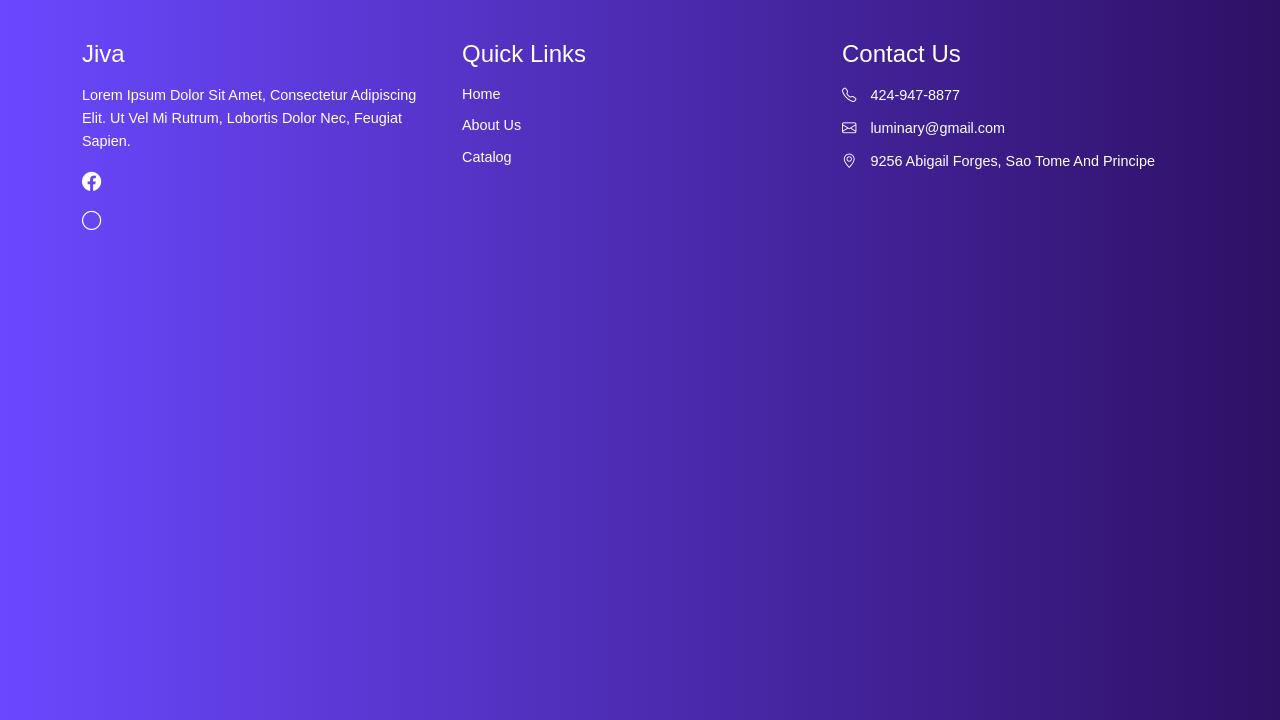
Repository: Vaishnavi323/SonaChandi
Page: http://localhost/sonachandi/application/views/common/footer.php
These files come from the project's save history. The page is drawn as it stood at one moment and after the next save; the edit follows.
The browser window is 1280 px wide. The pictures show the whole page.
The page is run by PHP 8.4 with error messages shown; the project is at /var/www/html/.

Above is the page before, as saved 2025-06-04 15:50:38.

After the next save:
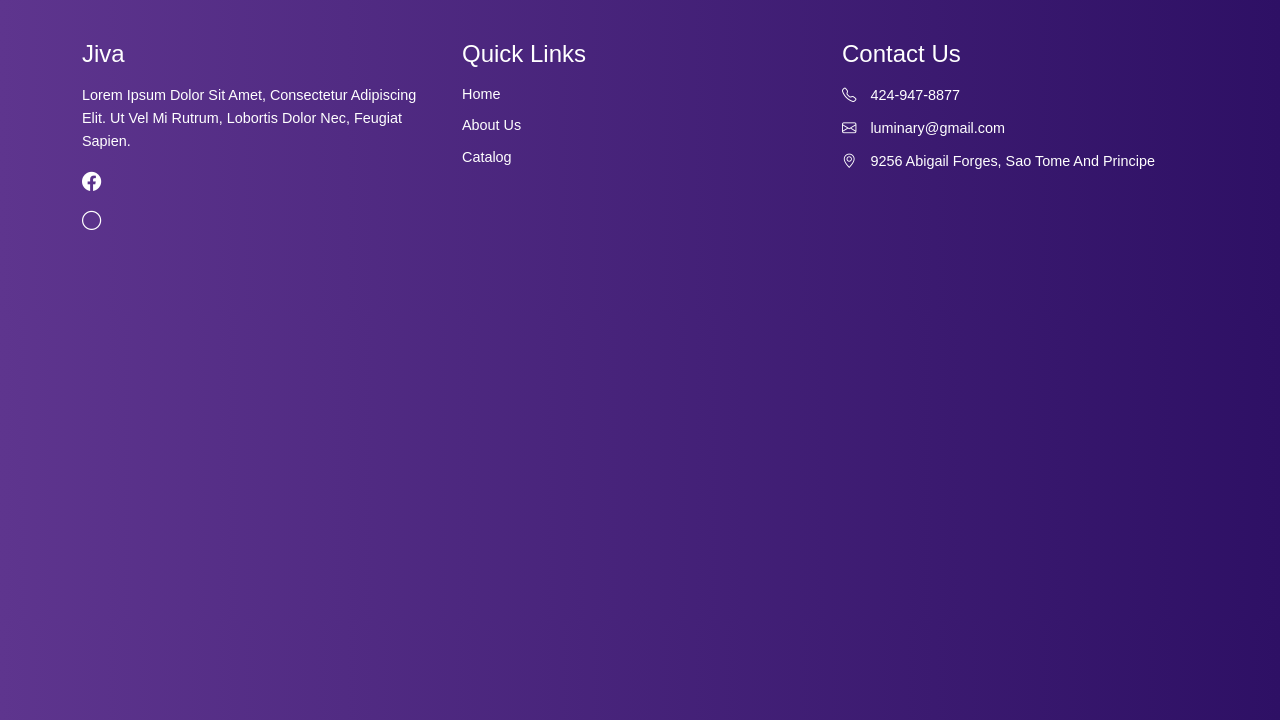
Saved 3 min 0 s later.
--- a/application/views/common/footer.php
+++ b/application/views/common/footer.php
@@ -9,7 +9,7 @@
     <link href="https://cdn.jsdelivr.net/npm/bootstrap@5.3.0/dist/css/bootstrap.min.css" rel="stylesheet">
     <style>
         body {
-            background: linear-gradient(to right, #6b48ff, #2e1065);
+            background: linear-gradient(to right, #5E358E, #2e1065);
             color: white;
             font-family: Arial, sans-serif;
         }
